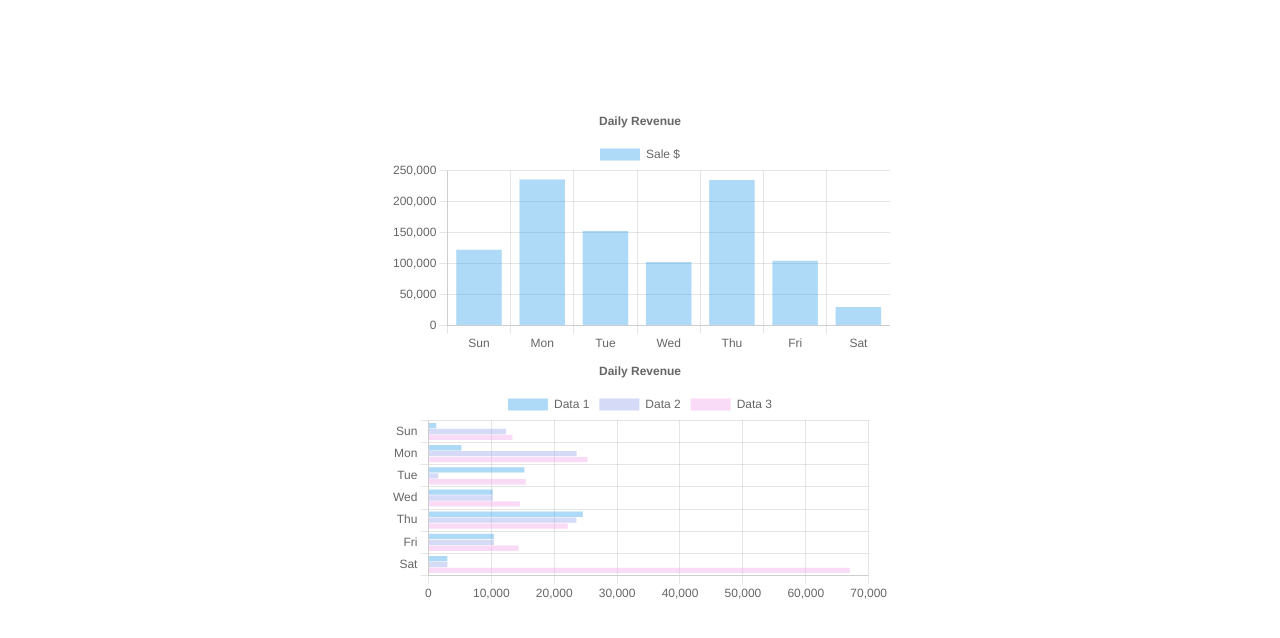
Repository: k8ANStar/exercise-5
Page: /
The author's editor kept a copy of each file at every save. The page is drawn from the files as they stood at one save, then again after the next save.
The browser window is 1280 px wide. The pictures show the whole page.
The project was rebuilt for these pictures with package versions that can differ from the ones it lists, and the page was loaded fresh each time. The framework's server and built-in components were replaced by stand-ins that run in the browser. Also part of the build but not shown: next.config.mjs.

Above is the page before, as saved 2024-04-15 10:29:16.

After the next save:
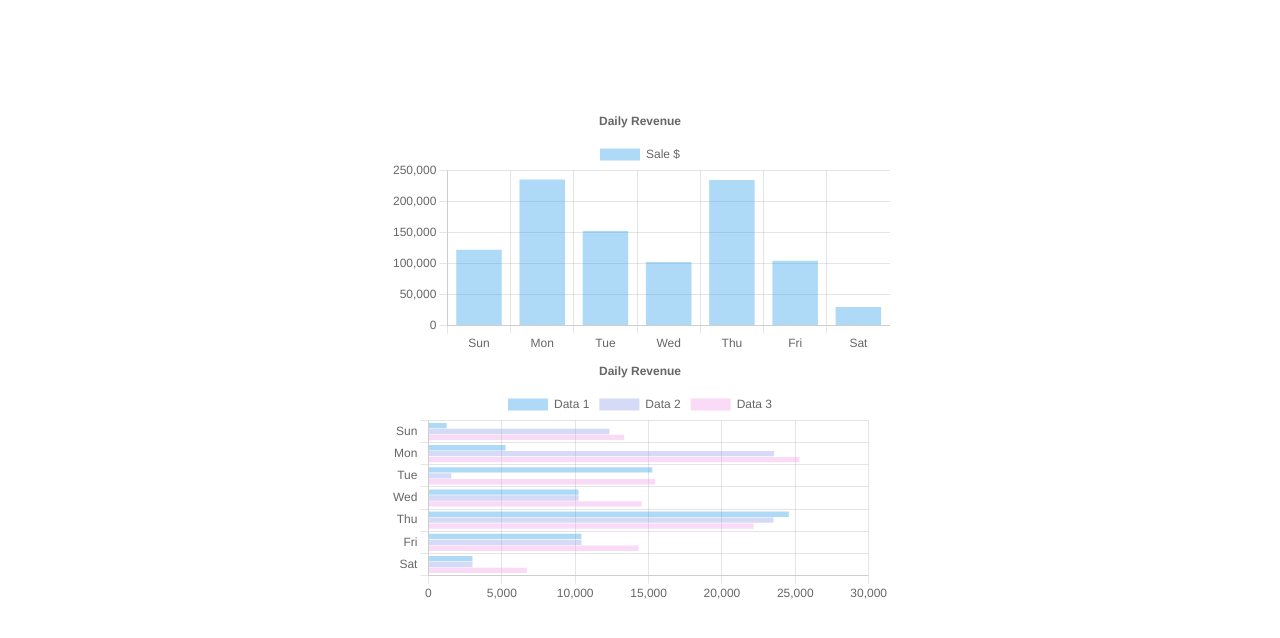
Saved 4 s later.
--- a/components/HorizontalChart/index.js
+++ b/components/HorizontalChart/index.js
@@ -45,7 +45,7 @@ export default function HorizontalChart() {
 				},
 				{
 					label: "Data 3",
-					data: [13340, 25276, 15455, 14530, 22161, 14326, 67000],
+					data: [13340, 25276, 15455, 14530, 22161, 14326, 6700],
 					borderColor: "rgb(240, 162, 235)",
 					backgroundColor: "rgb(240, 162, 235, 0.4)",
 				},
